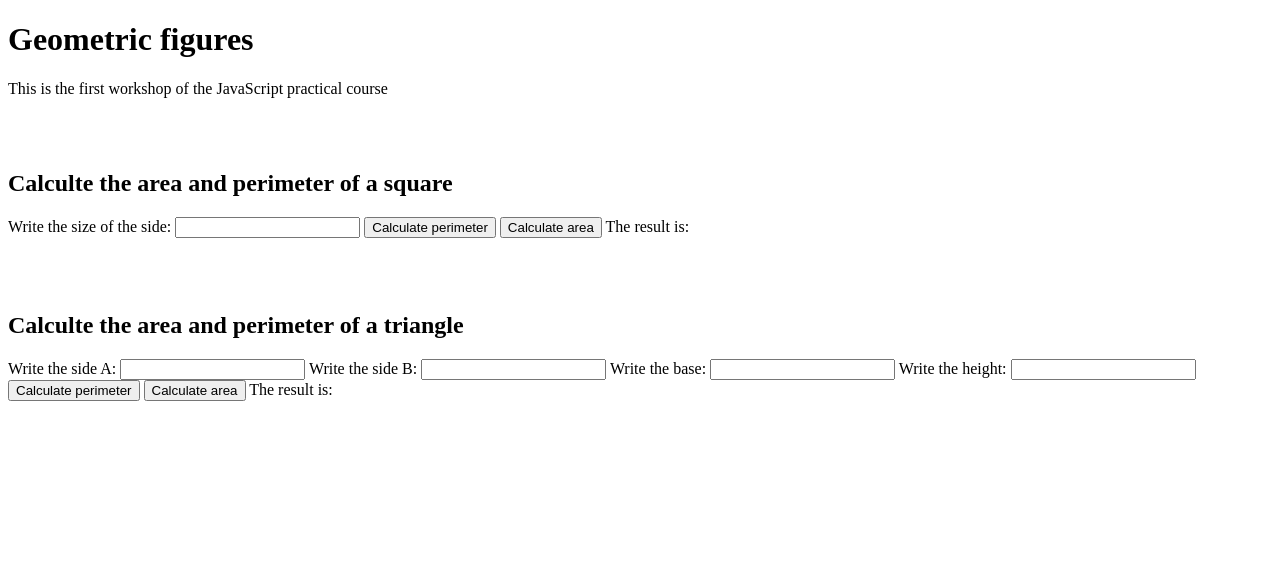
Repository: jangabe/curso-practico-javascript
Page: figures.html
These files come from the project's save history. The page is drawn as it stood at one moment and after the next save; the edit follows.
The browser window is 1280 px wide. The pictures show the whole page.

Above is the page before, as saved 2022-06-14 09:37:09.

### figures.html
<!DOCTYPE html>
<html lang="en">
<head>
    <meta charset="UTF-8">
    <meta name="viewport" content="width=device-width, initial-scale=1.0">
    <title>Geometric figures</title>
</head>
<body>
    <header>
        <h1>Geometric figures</h1>
        <p>This is the first workshop of the JavaScript practical course</p>
    </header>
</br>
</br>
    <section>
        <h2>Calculte the area and perimeter of a square</h2>
        <form action="">
            <label for="SquareInput">Write the size of the side:</label>
            <input id="SquareInput" type="number">
            <button type="button" onclick="calculatePerimeterSquare()">Calculate perimeter</button>
            <button type="button" onclick="calculateAreaSquare()">Calculate area</button>
            <label for="">The result is: </label> <output id="ResultSquare"></output>
        </form>
    </section>
</br>
</br>
</br>
    <section>
        <h2>Calculte the area and perimeter of a triangle</h2>
        <form action="">
            <label for="TriangleInputA">Write the side A:</label>
            <input id="TriangleInputA" type="number">
            <label for="TriangleInputB">Write the side B:</label>
            <input id="TriangleInputB" type="number">
            <label for="TriangleInputBase">Write the base:</label>
            <input id="TriangleInputBase" type="number">
            <label for="TriangleInputHeight">Write the height:</label>
            <input id="TriangleInputHeight" type="number">
            <button type="button" onclick="calculatePerimeterTriangle()">Calculate perimeter</button>
            <button type="button" onclick="calculateAreaTriangle()">Calculate area</button>
            <label for="">The result is: </label> <output id="ResultTriangle"></output>
        </form>
    </section>

    <script src="./figures.js"></script>
</body>
</html>

### figures.js
//Code for the square
console.group("square");
//const squareSide = 5;
//console.log('The sides of the square measure: '+ squareSide);

function squarePerimeter(side){
    return side * 4;
}

//console.log('The perimeter of the square is: '+ squarePerimeter(4) +"cm");

function squareArea(side){
    return side * side;
}

//console.log('The area of the square is: '+ squareArea(5)+"cm^2");

console.groupEnd();

//Code for the triangle
/* console.group("triangle");
const triangleSide1 = 6;
const triangleSide2 = 6;
const triangleBase = 4;
console.log('The sides of the triangle measure: '+ triangleSide1+"cm, "+triangleSide2+"cm, "+triangleBase+"cm"); */


function trianglePerimeter(side1, side2, base){
    return Number(side1) + Number(side2) + Number(base);
}
//console.log('The perimeter of the triangle is: '+ trianglePerimeter +"cm");

//const triangleHeight = 5.5;
//console.log('The height of the triangle is: '+triangleHeight+"cm");

function triangleArea(base, height){
    return (base * height)/2;
}
//console.log('The area of the square is: '+ triangleArea+"cm^2");
console.groupEnd();

//Code for the circle
/* console.group("circle");
const circleRadius = 4;
console.log('The radius of the circle measure: '+ circleRadius); */

//const PI = 3.1415;
const PI = Math.PI;
//console.log('The PI value is: '+PI);

function circleDiameter(radius){
    return radius * 2;
}
//console.log('The diameter of the circle is: '+ circleDiameter +"cm");

function circlePerimeter(radius){
    const diameter = circleDiameter(radius);
    return diameter * PI;
}
//console.log('The perimeter of the circle is: '+ circlePerimeter +"cm");

function circleArea(radius){
    return (radius * radius) * PI;
}
//console.log('The area of the circle is: '+ circleArea+"cm^2");

console.groupEnd();


function calculatePerimeterSquare(){
    const SquareInputValue = document.getElementById("SquareInput").value;
    const result = document.getElementById("ResultSquare");
    result.value = squarePerimeter(SquareInputValue);
}

function calculateAreaSquare(){
    const SquareInputValue = document.getElementById("SquareInput").value;
    const result = document.getElementById("ResultSquare");
    result.value = squareArea(SquareInputValue);
}

function calculatePerimeterTriangle(){
    const TriangleInputAValue = document.getElementById("TriangleInputA").value;
    const TriangleInputBValue = document.getElementById("TriangleInputB").value;
    const TriangleInputBaseValue = document.getElementById("TriangleInputBase").value;
    const result = document.getElementById("ResultTriangle");
    result.value = trianglePerimeter(TriangleInputAValue, TriangleInputBValue, TriangleInputBaseValue);
}

function calculateAreaTriangle(){
    const TriangleInputBaseValue = document.getElementById("TriangleInputBase").value;
    const TriangleInputHeightValue = document.getElementById("TriangleInputHeight").value;
    const result = document.getElementById("ResultTriangle");
    result.value = triangleArea(TriangleInputBaseValue, TriangleInputHeightValue);
}

After the next save:
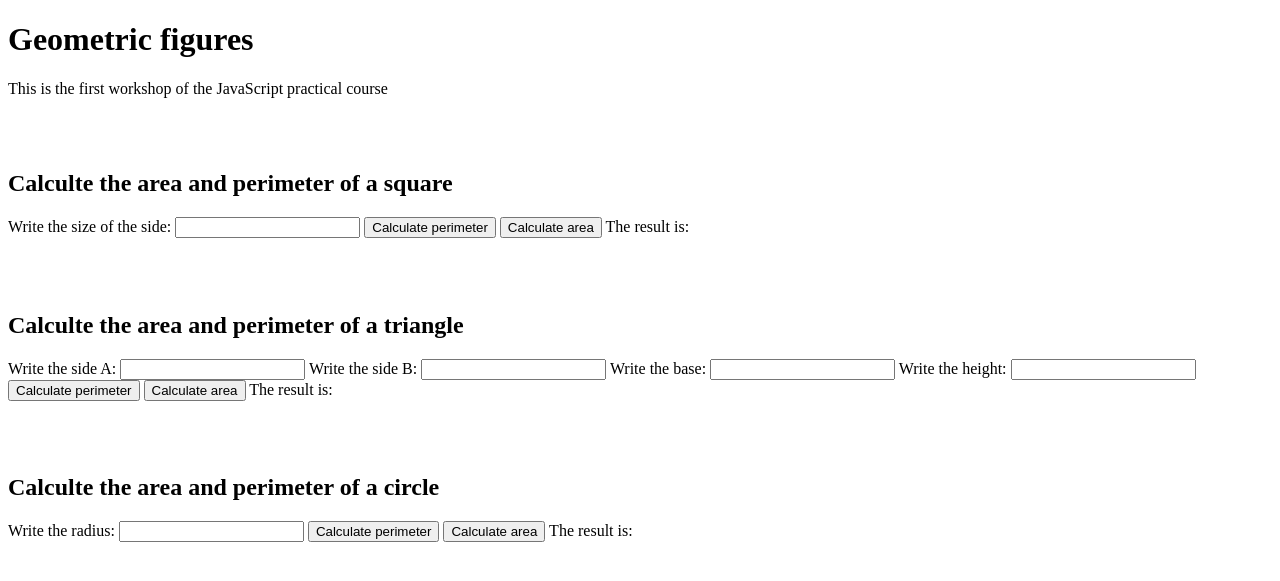
Saved 2 min 48 s later.
--- a/figures.html
+++ b/figures.html
@@ -41,6 +41,19 @@
             <label for="">The result is: </label> <output id="ResultTriangle"></output>
         </form>
     </section>
+</br>
+</br>
+</br>
+    <section>
+        <h2>Calculte the area and perimeter of a circle</h2>
+        <form action="">
+            <label for="CircleInputRadius">Write the radius:</label>
+            <input id="CircleInputRadius" type="number">
+            <button type="button" onclick="calculatePerimeterCircle()">Calculate perimeter</button>
+            <button type="button" onclick="calculateAreaCircle()">Calculate area</button>
+            <label for="">The result is: </label> <output id="ResultCircle"></output>
+        </form>
+    </section>
 
     <script src="./figures.js"></script>
 </body>
